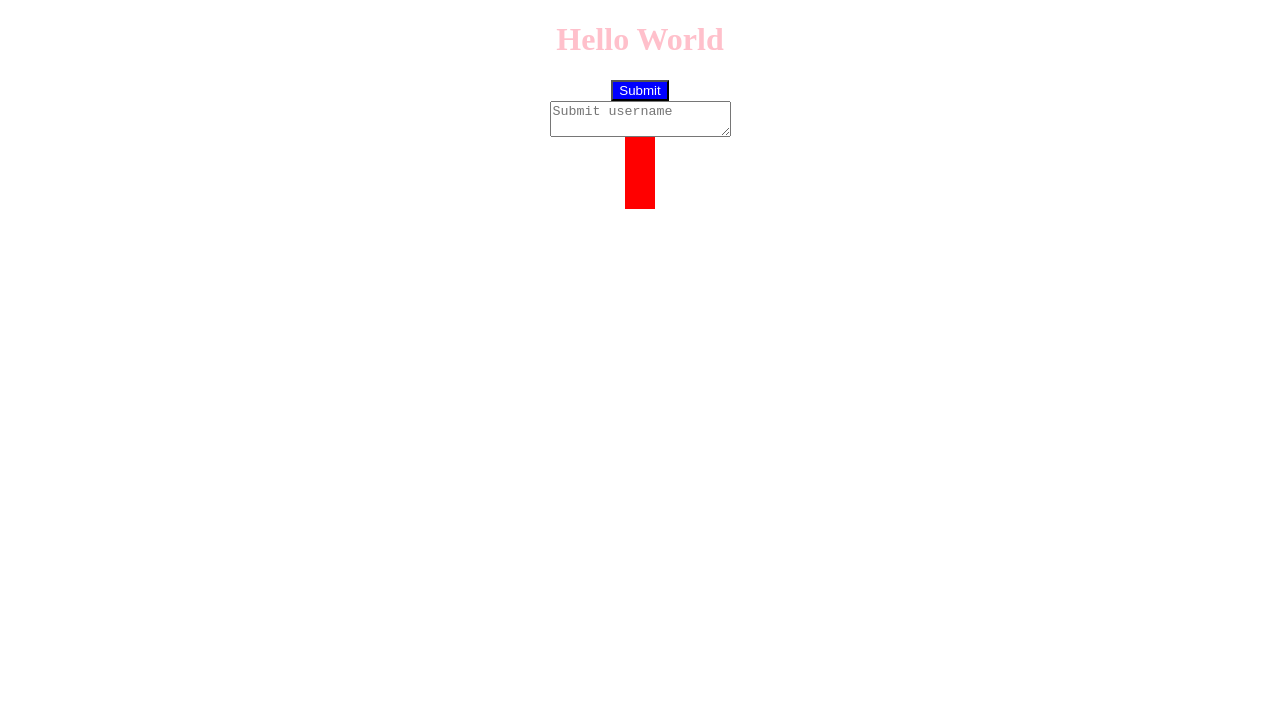
Repository: Flamemaster921/Feature-Showcase
Page: Index/firstPage/Website.html
These files come from the project's save history. The page is drawn as it stood at one moment and after the next save; the edit follows.
The browser window is 1280 px wide. The pictures show the whole page.

Above is the page before, as saved 2025-12-15 12:45:18.

### Index/firstPage/Website.html
<!DOCTYPE html>
<html lang="en">
<head>
    <meta charset="UTF-8">
    <meta name="viewport" content="width=device-width, initial-scale=1.0">
    <title>New Start</title>
    <link rel="stylesheet" href="Design.css">
    <script src="System.js" defer></script>
</head>
<body>
    <h1 class="titleCard">Hello World</h1>

    <button id="submitButton" class="primary-btn">Submit</button>

    <textarea id="usernameBox" class="text-input" placeholder="Submit username"></textarea>

    <div class="color-bar"></div>

</body>

### Index/firstPage/Design.css
.titleCard {
    display: flex;
    flex-direction: column;
    align-items: center;
    left: auto;
    color: pink;

}

.primary-btn {
    position: relative;
    display: block;

    left: 0%;
    top: auto;
    margin: 0 auto;

    background-color: blue;
    color: white;
}

.text-input{
    position: relative;
    display: block;

    left: auto;
    top: auto;
    margin: 0 auto;
}

.color-bar {
    position: relative;
    display: flex;
    margin: 0 auto;
    width: 30px;
    height: 10svh;
    background-color: red;
    z-index: -1;
}

### Index/firstPage/System.js
//Submit username
const textarea = document.getElementById("usernameBox");
const button = document.getElementById("submitButton");

button.addEventListener("click", () => {
    textarea.value = "";
});

After the next save:
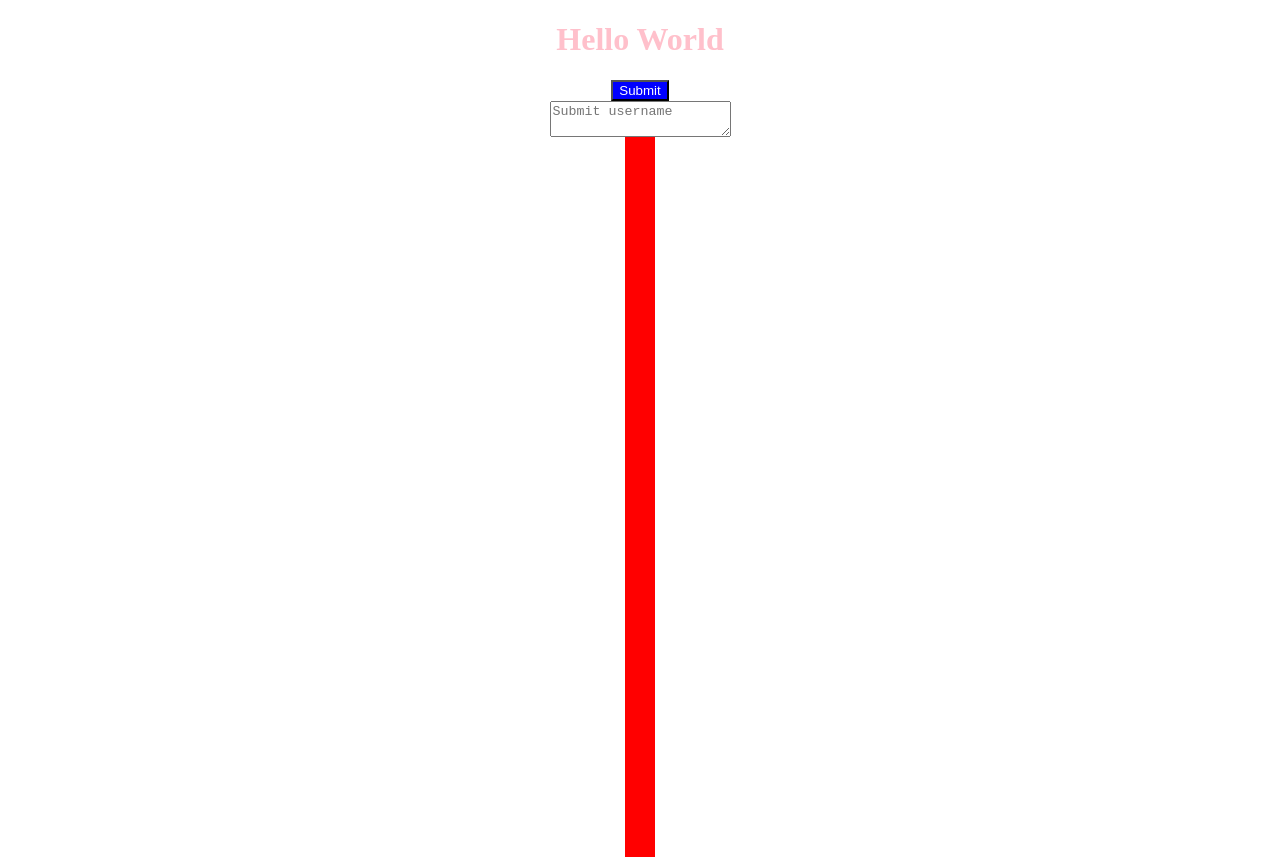
Saved 8 s later.
--- a/Index/firstPage/Design.css
+++ b/Index/firstPage/Design.css
@@ -33,7 +33,7 @@
     display: flex;
     margin: 0 auto;
     width: 30px;
-    height: 10svh;
+    height: 100svh;
     background-color: red;
     z-index: -1;
 }
